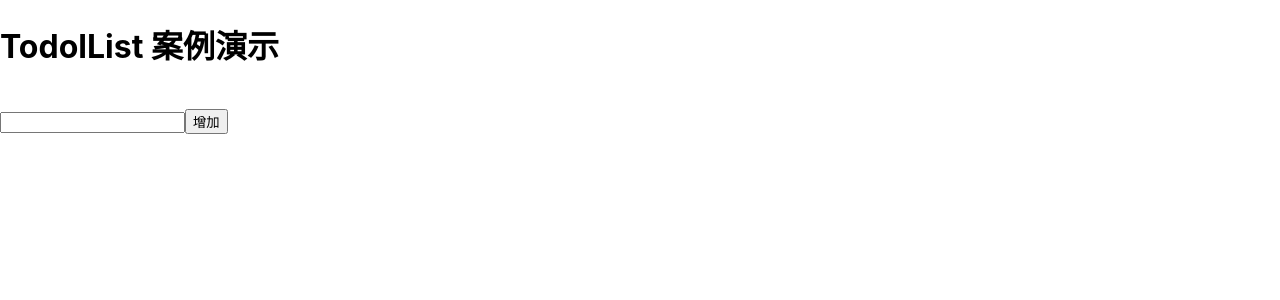
Repository: zhenzhen-gong/react-learning
Page: /menucontent
These files come from the project's save history. The page is drawn as it stood at one moment and after the next save; the edit follows.
The browser window is 1280 px wide. The pictures show the whole page.
The project was rebuilt for these pictures with package versions that can differ from the ones it lists, and the page was loaded fresh each time.

Above is the page before, as saved 2021-04-16 17:15:02.

### src/index.js
import React from 'react';
import ReactDOM from 'react-dom';
import './index.css';
import TodolList from './component/todolList/todolList';
import reportWebVitals from './reportWebVitals';

ReactDOM.render(
    <TodolList />,
  document.getElementById('root')
);

// If you want to start measuring performance in your app, pass a function
// to log results (for example: reportWebVitals(console.log))
// or send to an analytics endpoint. Learn more: https://bit.ly/CRA-vitals
reportWebVitals();

### src/component/todolList/todolList.js
import React, {Component} from 'react'

class TodolList extends Component {
    constructor(props) {
        super(props)
        this.state = {
            itemList: []
        }
    }
    addItem = ()=>{
        let toolList = this.state.itemList
        toolList.push(this.refs.content.value)
        this.setState({
            itemList: toolList
        })
        this.refs.content.value = ''
        this.refs.content.focus()
    }
    deleteItem = (key)=>{
        let toolList = this.state.itemList
        toolList.splice(key, 1)
        this.setState({
            itemList: toolList
        })
    }
    render() {
        return (
            <div>
                <h1>TodolList 案例演示</h1>
                <br />
                <input type="text" ref="content" />
                <button onClick={this.addItem}>增加</button>
                <ul>
                    {
                      this.state.itemList.map((item,key) => {
                          return <li key={key}>{item} -------<button onClick={this.deleteItem.bind(this, key)}>删除</button></li>
                      })
                    }
                </ul>
            </div>
        )
    }
}

export default TodolList

Loaded but not shown: public/index.html (common file); src/index.css (common file); src/reportWebVitals.js (common file)

After the next save:
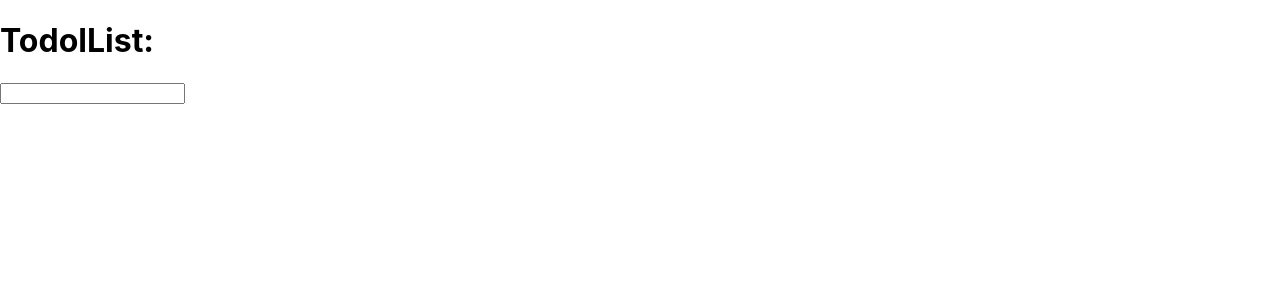
Saved 5 min 48 s later.
--- a/src/component/todolList/todolList.js
+++ b/src/component/todolList/todolList.js
@@ -7,36 +7,16 @@ class TodolList extends Component {
             itemList: []
         }
     }
-    addItem = ()=>{
-        let toolList = this.state.itemList
-        toolList.push(this.refs.content.value)
-        this.setState({
-            itemList: toolList
-        })
-        this.refs.content.value = ''
-        this.refs.content.focus()
-    }
-    deleteItem = (key)=>{
-        let toolList = this.state.itemList
-        toolList.splice(key, 1)
-        this.setState({
-            itemList: toolList
-        })
-    }
+
     render() {
         return (
             <div>
-                <h1>TodolList 案例演示</h1>
-                <br />
-                <input type="text" ref="content" />
-                <button onClick={this.addItem}>增加</button>
-                <ul>
-                    {
-                      this.state.itemList.map((item,key) => {
-                          return <li key={key}>{item} -------<button onClick={this.deleteItem.bind(this, key)}>删除</button></li>
-                      })
-                    }
-                </ul>
+                <div className="title">
+                <h1>TodolList: </h1>
+                <input type='text'/>
+                </div>
+
+
             </div>
         )
     }
